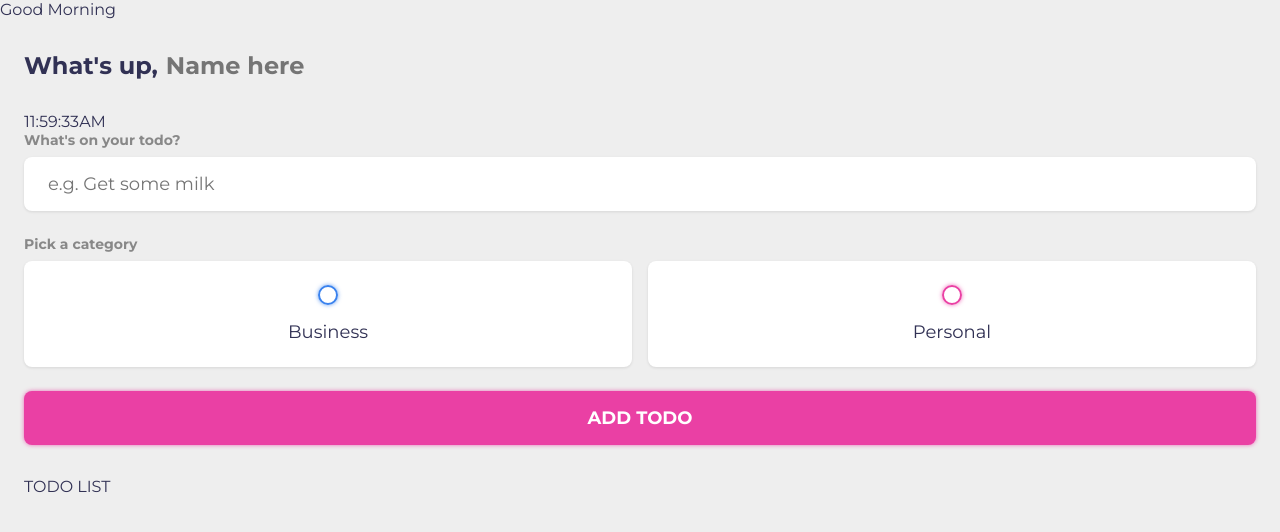
Repository: kluivert-ssali/kaDo_final
Page: index.html
These files come from the project's save history. The page is drawn as it stood at one moment and after the next save; the edit follows.
The browser window is 1280 px wide. The pictures show the whole page.
Some web libraries are served in a nearby version.

Above is the page before, as saved 2023-06-11 20:23:32.

After the next save:
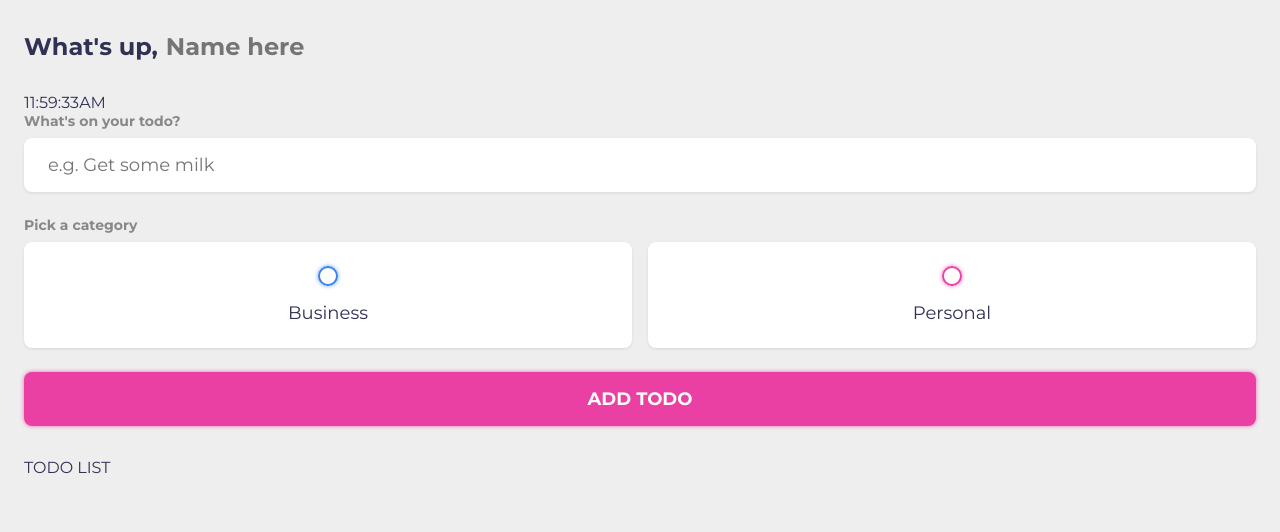
Saved 13 s later.
--- a/index.html
+++ b/index.html
@@ -22,7 +22,6 @@
     <!-- App Wrapper -->
     <main class="app">
       <!-- Greeting -->
-      <h3 class="day-message"></h3>
       <section class="greeting">
         <h2 class="title">
           What's up,<input type="text" id="name" placeholder="Name here" />
